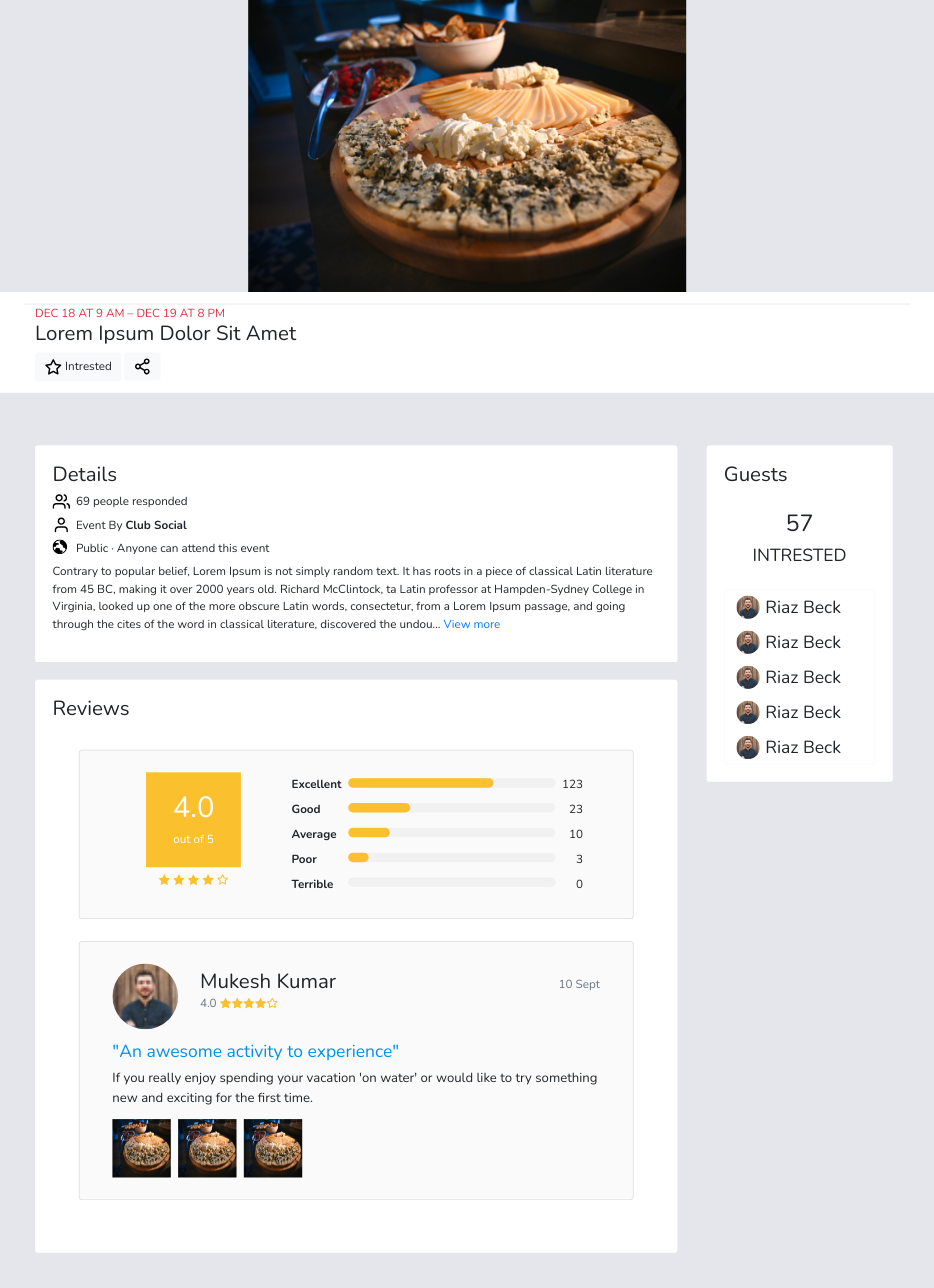
Repository: iamrachid/ensaevents
Page: event.html
The author's editor kept a copy of each file at every save. The page is drawn from the files as they stood at one save, then again after the next save.
The browser window is 1280 px wide. The pictures show the whole page, at 73% of full size.

Above is the page before, as saved 2021-11-25 18:07:06.

### event.html
<html>

<head>
    <meta charset="UTF-8">
    <meta http-equiv="X-UA-Compatible" content="IE=edge">
    <meta name="viewport" content="width=device-width, initial-scale=1.0">
    <title>Document</title>
    <link rel="stylesheet" href="css/bootstrap.css">
    <link rel="stylesheet" href="css/style.css">
    <!-- Link Swiper's CSS -->
    <link rel="stylesheet" href="https://unpkg.com/swiper/swiper-bundle.min.css" />

    <link rel="preconnect" href="https://fonts.googleapis.com">
    <link rel="preconnect" href="https://fonts.gstatic.com" crossorigin>
    <link
        href="https://fonts.googleapis.com/css2?family=Nunito:ital,wght@0,200;0,300;0,400;0,600;0,700;0,800;0,900;1,200;1,300;1,400;1,600;1,700;1,800;1,900&display=swap"
        rel="stylesheet">
</head>

<body class="w-100">

    <div class="text-center bg-main d-flex justify-content-center">
        <img src="assets/img/card-1.jpg" class="cover-img">
    </div>
    <div class="py-3 px-md-5 px-3">
        <div class="row border-top">
            <div class="col-md-10 col-md-12">
                <span class="text-uppercase text-danger">DEC 18 AT 9 AM – DEC 19 AT 8 PM</span>
                <h3>Lorem Ipsum Dolor Sit Amet</h3>
            </div>
            <div class="col-md-2 col-sm-12">
                <button class="btn btn-light ">
                    <svg class="btn-icon">
                        <use xlink:href="assets/img/icons.svg#icon-star"></use>
                    </svg>
                    Intrested</button>
                <button class="btn btn-light">
                    <svg class="btn-icon">
                        <use xlink:href="assets/img/icons.svg#icon-share-2"></use>
                    </svg>
                </button>
            </div>
        </div>
    </div>

    <div class="p-md-5 p-0 bg-main">
        <div class="row">
            <div class="col-md-8 col-lg-9 pr-3 col-12">
                <div class="bg-white mt-4 p-4 rounded">
                    <h3>Details</h3>
                    <div class="d-flex">
                        <svg class="detail-icon mr-2 mb-2">
                            <use xlink:href="assets/img/icons.svg#icon-users"></use>
                        </svg>
                        <span>69 people responded</span>
                    </div>
                    <div class="d-flex">
                        <svg class="detail-icon mr-2  mb-2">
                            <use xlink:href="assets/img/icons.svg#icon-user"></use>
                        </svg>
                        <span>Event By <strong>Club Social</strong></span>
                    </div>
                    <div class="d-flex">
                        <svg class="detail-icon mr-2 mb-2">
                            <use xlink:href="assets/img/icons.svg#icon-public"></use>
                        </svg>
                        <span>Public · Anyone can attend this event</span>
                    </div>
                    <p>
                        <span>
                            Contrary to popular belief, Lorem Ipsum is not simply random text. It has roots in a piece
                            of
                            classical
                            Latin literature from 45 BC, making it over 2000 years old. Richard McClintock, ta Latin
                            professor
                            at
                            Hampden-Sydney College in Virginia, looked up one of the more obscure Latin words,
                            consectetur,
                            from
                            a
                            Lorem Ipsum passage, and going through the cites of the word in classical literature,
                            discovered
                            the
                            undou</span><span class="collapse  multi-collapse show fast" id="dots">...</span>
                        <span class="collapse  multi-collapse fast" id="more-text">btable source. Lorem Ipsum comes from
                            sections
                            1.10.32 and 1.10.33 of "de Finibus Bonorum et
                            Malorum" (The Extremes of Good and Evil) by Cicero, written in 45 BC. This book is a
                            treatise on
                            the
                            theory of ethics, very popular during the Renaissance. The first line of Lorem Ipsum, "Lorem
                            ipsum
                            dolor
                            sit amet..", comes from a line in section 1.10.32.
                        </span>

                        <a class="collapse  multi-collapse fast" type="button" id="less" data-toggle="collapse"
                            data-target=".multi-collapse" aria-expanded="false"
                            aria-controls="dots more less more-text">View less</a>
                        <a class="collapse show  multi-collapse fast" type="button" id="more" data-toggle="collapse"
                            data-target=".multi-collapse" aria-expanded="false"
                            aria-controls="dots more less more-text">View more</a>
                    </p>
                </div>
                <div class="bg-white mt-4 p-4 rounded">
                    <h3>Reviews</h3>


                    <div class="row justify-content-center">
                        <div class=" col-11 text-center mb-5">
                            <div class="card review-card">
                                <div class="row justify-content-start d-flex">
                                    <div class="col-md-4 d-flex flex-column">
                                        <div class="rating-box">
                                            <h1 class="pt-4">4.0</h1>
                                            <p class="">out of 5</p>
                                        </div>
                                        <div class="mt-1">
                                            <svg class="rating-icon">
                                                <use xlink:href="assets/img/icons.svg#icon-star-full"></use>
                                            </svg>
                                            <svg class="rating-icon">
                                                <use xlink:href="assets/img/icons.svg#icon-star-full"></use>
                                            </svg>
                                            <svg class="rating-icon">
                                                <use xlink:href="assets/img/icons.svg#icon-star-full"></use>
                                            </svg>
                                            <svg class="rating-icon">
                                                <use xlink:href="assets/img/icons.svg#icon-star-full"></use>
                                            </svg>
                                            <svg class="rating-icon">
                                                <use xlink:href="assets/img/icons.svg#icon-star"></use>
                                            </svg>
                                        </div>
                                    </div>
                                    <div class="col-md-8">
                                        <div class="rating-bar0 justify-content-center">
                                            <table class="text-left mx-auto">
                                                <tr>
                                                    <td class="rating-label">Excellent</td>
                                                    <td class="rating-bar">
                                                        <div class="bar-container">
                                                            <div class="bar-5"></div>
                                                        </div>
                                                    </td>
                                                    <td class="text-right">123</td>
                                                </tr>
                                                <tr>
                                                    <td class="rating-label">Good</td>
                                                    <td class="rating-bar">
                                                        <div class="bar-container">
                                                            <div class="bar-4"></div>
                                                        </div>
                                                    </td>
                                                    <td class="text-right">23</td>
                                                </tr>
                                                <tr>
                                                    <td class="rating-label">Average</td>
                                                    <td class="rating-bar">
                                                        <div class="bar-container">
                                                            <div class="bar-3"></div>
                                                        </div>
                                                    </td>
                                                    <td class="text-right">10</td>
                                                </tr>
                                                <tr>
                                                    <td class="rating-label">Poor</td>
                                                    <td class="rating-bar">
                                                        <div class="bar-container">
                                                            <div class="bar-2"></div>
                                                        </div>
                                                    </td>
                                                    <td class="text-right">3</td>
                                                </tr>
                                                <tr>
                                                    <td class="rating-label">Terrible</td>
                                                    <td class="rating-bar">
                                                        <div class="bar-container">
                                                            <div class="bar-1"></div>
                                                        </div>
                                                    </td>
                                                    <td class="text-right">0</td>
                                                </tr>
                                            </table>
                                        </div>
                                    </div>
                                </div>
                            </div>
                            <div class="card review-card">
                                <div class="row d-flex">
                                    <div class=""> <img class="profile-pic" src="assets/img/user.png"> </div>
                                    <div class="d-flex flex-column">
                                        <h3 class="mt-2 mb-0">Mukesh Kumar</h3>
                                        <div>
                                            <p class="text-left d-flex align-items-center"><span
                                                    class="text-muted mr-1">4.0</span>
                                                <svg class="rating-icon">
                                                    <use xlink:href="assets/img/icons.svg#icon-star-full"></use>
                                                </svg>
                                                <svg class="rating-icon">
                                                    <use xlink:href="assets/img/icons.svg#icon-star-full"></use>
                                                </svg>
                                                <svg class="rating-icon">
                                                    <use xlink:href="assets/img/icons.svg#icon-star-full"></use>
                                                </svg>
                                                <svg class="rating-icon">
                                                    <use xlink:href="assets/img/icons.svg#icon-star-full"></use>
                                                </svg>
                                                <svg class="rating-icon">
                                                    <use xlink:href="assets/img/icons.svg#icon-star"></use>
                                                </svg>
                                            </p>
                                        </div>
                                    </div>
                                    <div class="ml-auto">
                                        <p class="text-muted pt-5 pt-sm-3">10 Sept</p>
                                    </div>
                                </div>
                                <div class="row text-left">
                                    <h4 class="blue-text mt-3">"An awesome activity to experience"</h4>
                                    <p class="content">If you really enjoy spending your vacation 'on water' or would
                                        like
                                        to try something new and exciting for the first time.</p>
                                </div>
                                <div class="row text-left"> <img class="pic" src="assets/img/card-1.jpg"> <img
                                        class="pic" src="assets/img/card-1.jpg"> <img class="pic"
                                        src="assets/img/card-1.jpg"> </div>
                            </div>
                        </div>
                    </div>




                </div>
            </div>
            <div class="p-4 col-md-4 col-lg-3  col-sm-12 ">
                <div class="bg-white p-4 mt-4 mt-md-0 rounded">
                    <h3>Guests</h3>
                    <div class="d-flex  justify-content-center py-4">
                        <div class="d-flex flex-column align-items-center">
                            <h2 cla>57</h2>
                            <h4 class="text-uppercase">Intrested</h4>
                        </div>

                    </div>
                    <div class="overflow-auto border-light border rounded users px-2">
                        <div class="user d-flex align-items-center">
                            <img class="user-img m-2" src="assets/img/user.png" />
                            <span class="user-name">Riaz Beck</span>
                        </div>
                        <div class="user d-flex align-items-center">
                            <img class="user-img m-2" src="assets/img/user.png" />
                            <span class="user-name">Riaz Beck</span>
                        </div>
                        <div class="user d-flex align-items-center">
                            <img class="user-img m-2" src="assets/img/user.png" />
                            <span class="user-name">Riaz Beck</span>
                        </div>
                        <div class="user d-flex align-items-center">
                            <img class="user-img m-2" src="assets/img/user.png" />
                            <span class="user-name">Riaz Beck</span>
                        </div>
                        <div class="user d-flex align-items-center">
                            <img class="user-img m-2" src="assets/img/user.png" />
                            <span class="user-name">Riaz Beck</span>
                        </div>
                        <div class="user d-flex align-items-center">
                            <img class="user-img m-2" src="assets/img/user.png" />
                            <span class="user-name">Riaz Beck</span>
                        </div>
                        <div class="user d-flex align-items-center">
                            <img class="user-img m-2" src="assets/img/user.png" />
                            <span class="user-name">Riaz Beck</span>
                        </div>
                        <div class="user d-flex align-items-center">
                            <img class="user-img m-2" src="assets/img/user.png" />
                            <span class="user-name">Riaz Beck</span>
                        </div>
                        <div class="user d-flex align-items-center">
                            <img class="user-img m-2" src="assets/img/user.png" />
                            <span class="user-name">Riaz Beck</span>
                        </div>
                        <div class="user d-flex align-items-center">
                            <img class="user-img m-2" src="assets/img/user.png" />
                            <span class="user-name">Riaz Beck</span>
                        </div>
                    </div>
                </div>
            </div>
        </div>
        <script src="js/jquery-3.6.0.js">
        </script>
        <!-- Bootstrap -->
        <script src="js/bootstrap.js"></script>
        <!-- Swiper JS -->
        <script src="js/swiper-bundle.min.js"></script>

        <!-- Main script -->
        <script src="js/script.js"></script>

</body>

</html>

### css/style.css
@font-face {
    font-family: Forever;
    src: url(../font/Foreverbrushscript-GwZy.otf);
  }

html, body{
    font-family: "Nunito";
    font-weight: 400;
    width: 100%;
}
.hero {
    background: linear-gradient(45deg, rgba(173,225,255,1) 0%, rgba(186,175,255,1) 40%, rgba(175,255,182,1) 74%, rgba(175,255,182,1) 100%);
}
.btn-header {
    font-size: 1rem;
}

.heading-title {
    font-size: 5rem;
    font-weight: 800;
}
@media only screen and (max-width: 768px) {
    .heading-title {
        font-size: 4rem;
    }

    .padding-smallSize {
        padding: .5rem;
    }
}

.heading-title_white {
    color: #fafafa;
}
.heading-subtitle {
    color: #fafafa;
    letter-spacing: .2cm;
}
.search-bar {
    padding: .51rem 0.5rem;
    background-color: white;
    left: 50%;
    transform: translate(-50%,-50%);
    border-radius: 30px;
}

.search-btn {
    background-color: #b2d0ff;
    color: #fafafa;
    font-weight: 600;
}

.card-img-box {
    height: 12rem;
    overflow: hidden;
    display: flex;
    justify-content: center;
    align-items: center;
}

.forever {
    font-family: Forever;
    font-size:2rem
}

.bg-color-blue {
    background-color:#b2d0ff;
}

.gradient {
    background:linear-gradient(to right,rgba(149, 133, 255,1) 0%, rgba(186,175,255,1)  100%);
}

.menu-icon {
    width: 1.2rem;
    height: 1.2rem;
    fill: #fff;
}

.menu-active {
    border-left: 5px solid #fff;
}

.side-nav-link, .side-nav-link:hover {
    color: #fff;
}

.side-nav-item.active:hover {
    padding-right:5px;
}

.side-nav-item {
    transition: all  0.3s;
}

.side-nav-item:hover, .side-nav-item.active {
    border-left: 5px solid #fff;
    transition: all 0.3s;
}

.btn-purple {
    color: #fff;
    background-color: rgba(149, 133, 255,1);
    border-color: rgba(149, 133, 255,1);
}

.btn-purple:hover {
    color: #fff;
    background-color: rgba(186,175,255,1);
    border-color: rgba(186,175,255,1);
}

.detail-icon {
    height: 1.5rem;
    width: 1.5rem;
}

.users {
    height: 15rem;
}

.user-name {
    font-size:1.5rem;
}

.user-img {
    height: 2rem;
    width: 2rem;
    border-radius:50%;
}

.btn-icon {
    height: 1.5rem;
    width: 1.5rem;
}

.fast {
    transition: all 0s;
}

.bg-main {
    background-color: #e4e6eb !important;
}

.cover-img {
    width: 100%;
    max-width: 600px;
}

/* Reviews */

.rating-icon {
    fill: #FBC02D;
    height: 1rem;
    width: 1rem;
}

.review-card {
    border-radius: 5px;
    background-color: #fff;
    background-color: #fafafa;
    padding-left: 60px;
    padding-right: 60px;
    margin-top: 30px;
    padding-top: 30px;
    padding-bottom: 30px
}

.rating-box {
    width: 130px;
    height: 130px;
    margin-right: auto;
    margin-left: auto;
    background-color: #FBC02D;
    color: #fff
}

.rating-label {
    font-weight: bold
}

.rating-bar {
    width: 300px;
    padding: 8px;
    border-radius: 5px
}

.bar-container {
    width: 100%;
    background-color: #f1f1f1;
    text-align: center;
    color: white;
    border-radius: 20px;
    cursor: pointer;
    margin-bottom: 5px
}

.bar-5 {
    width: 70%;
    height: 13px;
    background-color: #FBC02D;
    border-radius: 20px
}

.bar-4 {
    width: 30%;
    height: 13px;
    background-color: #FBC02D;
    border-radius: 20px
}

.bar-3 {
    width: 20%;
    height: 13px;
    background-color: #FBC02D;
    border-radius: 20px
}

.bar-2 {
    width: 10%;
    height: 13px;
    background-color: #FBC02D;
    border-radius: 20px
}

.bar-1 {
    width: 0%;
    height: 13px;
    background-color: #FBC02D;
    border-radius: 20px
}


.star-active {
    color: #FBC02D;
    margin-top: 10px;
    margin-bottom: 10px
}

.star-active:hover {
    color: #F9A825;
    cursor: pointer
}

.star-inactive {
    color: #CFD8DC;
    margin-top: 10px;
    margin-bottom: 10px
}

.blue-text {
    color: #0091EA
}

.content {
    font-size: 18px
}

.profile-pic {
    width: 90px;
    height: 90px;
    border-radius: 100%;
    margin-right: 30px
}

.pic {
    width: 80px;
    height: 80px;
    margin-right: 10px
}

### js/script.js
var swiper = new Swiper(".events", {
    pagination: {
      el: ".swiper-pagination",
      clickable: true,
    }
    ,
    breakpoints: {
      640: {
        slidesPerView: 1,
        spaceBetween: 20,
      },
      768: {
        slidesPerView: 2,
        spaceBetween: 40,
      },
      1024: {
        slidesPerView: 3,
        spaceBetween: 50,
      },
    },

  })

  var swiper = new Swiper(".clubs", {
    spaceBetween: 10,
    autoplay: {
      delay: 3000,
      // TODO: this should be false
      disableOnInteraction: false,
    },
    pagination: {
      el: ".swiper-pagination",
      clickable: true,
    },
    navigation: {
      nextEl: ".swiper-button-next",
      prevEl: ".swiper-button-prev",
    },
    breakpoints: {
      640: {
        slidesPerView: 2,
        spaceBetween: 20,
      },
      768: {
        slidesPerView: 3,
        spaceBetween: 40,
      },
      1024: {
        slidesPerView: 5,
        spaceBetween: 50,
      },
    }
  });;

Loaded but not shown: css/bootstrap.css (library); js/jquery-3.6.0.js (library); js/bootstrap.js (library); js/swiper-bundle.min.js (library)

After the next save:
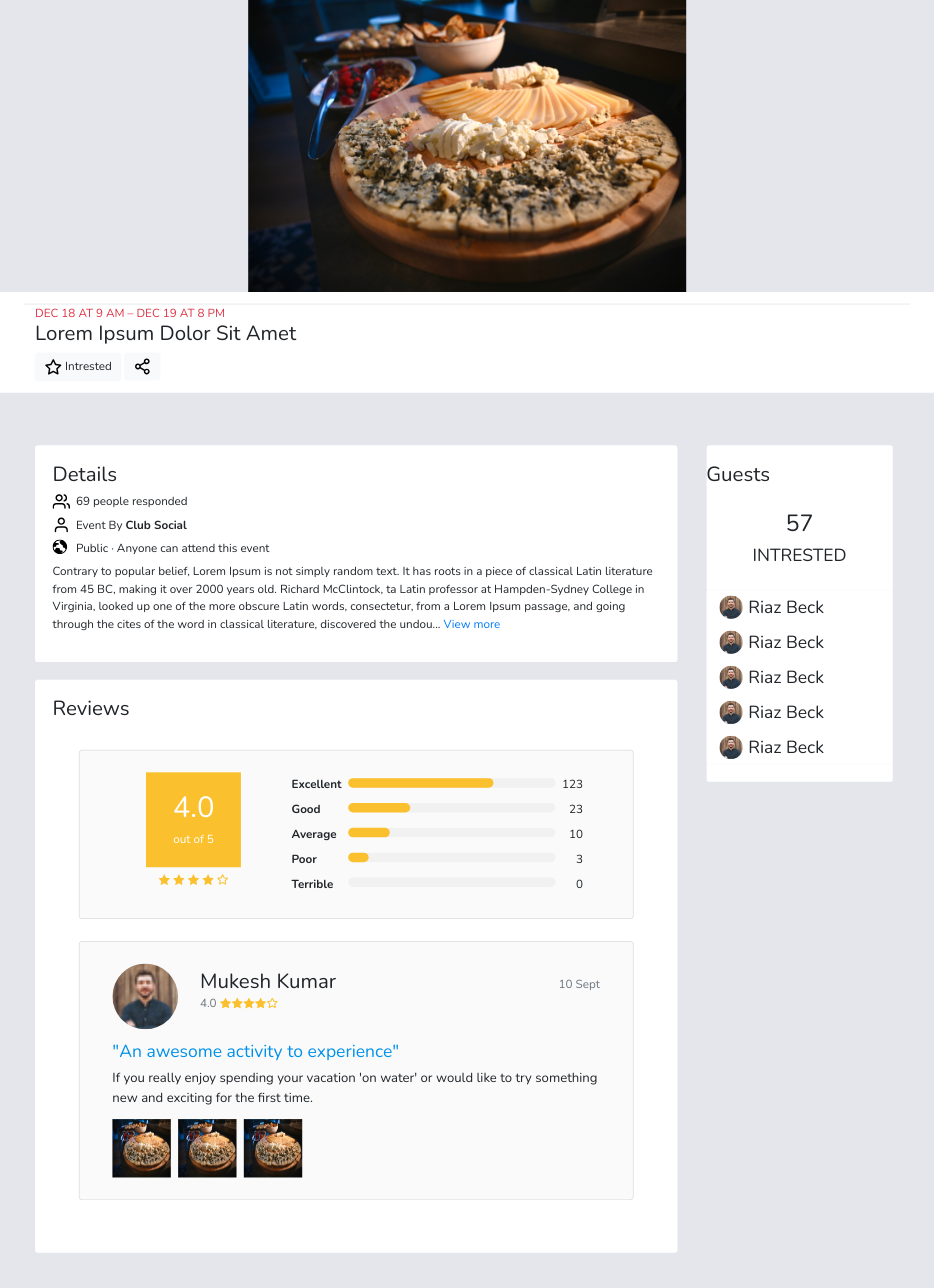
Saved 49 s later.
--- a/event.html
+++ b/event.html
@@ -235,7 +235,7 @@
                 </div>
             </div>
             <div class="p-4 col-md-4 col-lg-3  col-sm-12 ">
-                <div class="bg-white p-4 mt-4 mt-md-0 rounded">
+                <div class="bg-white px-4 px-md-0 py-4 mt-4 mt-md-0 rounded">
                     <h3>Guests</h3>
                     <div class="d-flex  justify-content-center py-4">
                         <div class="d-flex flex-column align-items-center">
